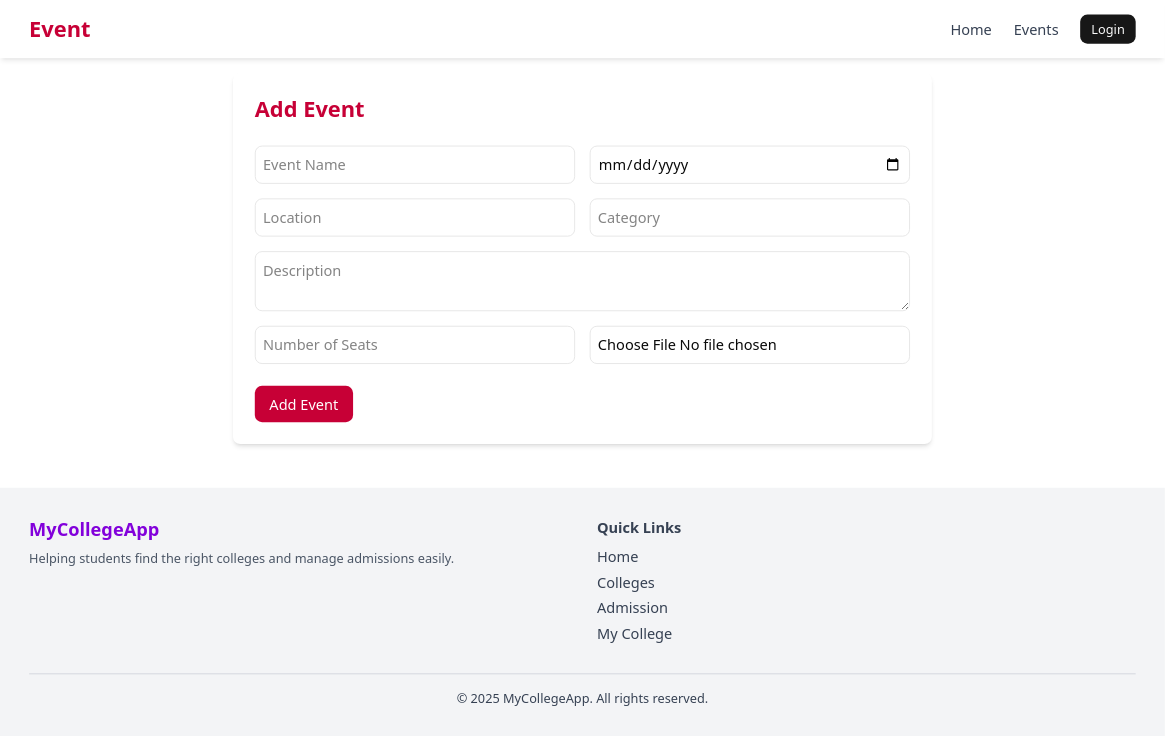
Repository: shshafin/event-client
Page: /add-event
An editor plug-in stored every save of this project. The page is shown before and after the next save, followed by the edit.
The browser window is 1280 px wide. The pictures show the whole page, at 91% of full size.
The page's requests for data from a server got no answer. The project was rebuilt for these pictures with package versions that can differ from the ones it lists, and the page was loaded fresh each time. The framework's server and built-in components were replaced by stand-ins that run in the browser. No one was signed in, and anything a server would have sent is missing. Also part of the build but not shown: next.config.ts, src/components/ui/dropdown-menu.tsx.

Above is the page before, as saved 2025-10-30 01:03:22.

### src/app/layout.tsx
import "@/styles/globals.css";
import { Viewport } from "next";
import clsx from "clsx";

import { fontSans } from "@/config/font";
import { Providers } from "@/lib/provider";

export const viewport: Viewport = {
  themeColor: [
    { media: "(prefers-color-scheme: light)", color: "white" },
    { media: "(prefers-color-scheme: dark)", color: "black" },
  ],
};

export default function RootLayout({
  children,
}: {
  children: React.ReactNode;
}) {
  return (
    <html
      suppressHydrationWarning
      lang="en">
      <head />
      <body
        className={clsx(
          "min-h-screen bg-background font-sans antialiased",
          fontSans.variable
        )}>
        <Providers>{children}</Providers>
      </body>
    </html>
  );
}

### src/app/(withCommonLayout)/layout.tsx
import Footer from "@/components/ui/Footer";
import Navbar from "@/components/ui/Navbar";
import React from "react";

const withCommonLayout = ({ children }: { children: React.ReactNode }) => {
  return (
    <div className="relative flex flex-col h-screen">
      <Navbar />
      <main>{children}</main>
      <Footer />
    </div>
  );
};

export default withCommonLayout;

### src/app/(withCommonLayout)/(admin)/add-event/page.tsx
"use client";

import { useState } from "react";
import { zodResolver } from "@hookform/resolvers/zod";
import * as z from "zod";
import { useAddEvent } from "@/hooks/event.hook";
import FXForm from "@/components/form/FXForm";
import { useFormContext } from "react-hook-form";

// Event validation schema
const eventSchema = z.object({
  name: z.string().min(1, "Event name is required"),
  date: z.string().min(1, "Date is required"),
  location: z.string().min(1, "Location is required"),
  category: z.string().min(1, "Category is required"),
  description: z.string().min(1, "Description is required"),
  numberOfSeats: z.number().min(1, "Number of seats must be at least 1"),
  image: z.any(),
});

type EventFormValues = z.infer<typeof eventSchema>;

// Input fields using useFormContext
const EventFormInputs = () => {
  const {
    register,
    formState: { errors },
  } = useFormContext<EventFormValues>();

  return (
    <div className="grid gap-4 sm:grid-cols-1 md:grid-cols-2">
      <div className="flex flex-col">
        <input
          type="text"
          placeholder="Event Name"
          {...register("name")}
          className="border p-2 rounded-md w-full"
        />
        {errors.name && (
          <p className="text-red-500 text-sm">{errors.name.message}</p>
        )}
      </div>

      <div className="flex flex-col">
        <input
          type="date"
          {...register("date")}
          className="border p-2 rounded-md w-full"
        />
        {errors.date && (
          <p className="text-red-500 text-sm">{errors.date.message}</p>
        )}
      </div>

      <div className="flex flex-col">
        <input
          type="text"
          placeholder="Location"
          {...register("location")}
          className="border p-2 rounded-md w-full"
        />
        {errors.location && (
          <p className="text-red-500 text-sm">{errors.location.message}</p>
        )}
      </div>

      <div className="flex flex-col">
        <input
          type="text"
          placeholder="Category"
          {...register("category")}
          className="border p-2 rounded-md w-full"
        />
        {errors.category && (
          <p className="text-red-500 text-sm">{errors.category.message}</p>
        )}
      </div>

      <div className="flex flex-col md:col-span-2">
        <textarea
          placeholder="Description"
          {...register("description")}
          className="border p-2 rounded-md w-full"
        />
        {errors.description && (
          <p className="text-red-500 text-sm">{errors.description.message}</p>
        )}
      </div>

      <div className="flex flex-col">
        <input
          type="number"
          placeholder="Number of Seats"
          {...register("numberOfSeats", { valueAsNumber: true })}
          className="border p-2 rounded-md w-full"
        />
        {errors.numberOfSeats && (
          <p className="text-red-500 text-sm">{errors.numberOfSeats.message}</p>
        )}
      </div>

      <div className="flex flex-col">
        <input
          type="file"
          accept="image/*"
          {...register("image")}
          className="border p-2 rounded-md w-full"
        />
      </div>
    </div>
  );
};

export default function AddEventPage() {
  const { mutateAsync, isPending } = useAddEvent();
  const [error, setError] = useState<string | null>(null);

  const handleSubmit = async (data: EventFormValues) => {
    try {
      const formData = new FormData();
      formData.append("name", data.name);
      formData.append("date", data.date);
      formData.append("location", data.location);
      formData.append("category", data.category);
      formData.append("description", data.description);
      formData.append("numberOfSeats", data.numberOfSeats.toString());

      if (data.image?.length > 0) {
        formData.append("image", data.image[0]);
      }

      await mutateAsync(formData);
      alert("Event created successfully!");
    } catch (err: any) {
      setError(err.message || "Failed to create event");
    }
  };

  return (
    <section>
      <div className="max-w-3xl mx-auto mt-20 p-4 sm:p-6 bg-white shadow-md rounded-md">
        <h2 className="text-2xl font-bold mb-6 text-rose-700 text-center sm:text-left">
          Add Event
        </h2>

        <FXForm
          onSubmit={handleSubmit}
          resolver={zodResolver(eventSchema)}>
          <EventFormInputs />

          {error && <p className="text-red-500 mt-2">{error}</p>}

          <button
            type="submit"
            disabled={isPending}
            className="mt-6 w-full sm:w-auto bg-rose-700 text-white py-2 px-4 rounded-md hover:bg-rose-800 transition-colors duration-200">
            {isPending ? "Submitting..." : "Add Event"}
          </button>
        </FXForm>
      </div>
    </section>
  );
}

### src/lib/provider/index.tsx
"use client";

import * as React from "react";
import { QueryClient, QueryClientProvider } from "@tanstack/react-query";
import { Toaster } from "sonner";
import UserProvider from "@/context/user.provider";

export interface ProvidersProps {
  children: React.ReactNode;
}

export function Providers({ children }: ProvidersProps) {
  const queryClient = new QueryClient();

  return (
    <QueryClientProvider client={queryClient}>
      <UserProvider>
        <Toaster
          richColors
          position="top-center"
          closeButton
        />
        {children}
      </UserProvider>
    </QueryClientProvider>
  );
}

### src/components/ui/Footer.tsx
"use client";

import Link from "next/link";

export default function Footer() {
  return (
    <footer className="bg-gray-100 dark:bg-gray-900 text-gray-700 dark:text-gray-300 py-8 mt-12">
      <div className="max-w-7xl mx-auto px-4 sm:px-6 lg:px-8">
        <div className="grid grid-cols-1 md:grid-cols-2 gap-8">
          {/* Logo & description */}
          <div>
            <span className="font-bold text-xl text-purple-700">
              MyCollegeApp
            </span>
            <p className="mt-2 text-sm text-gray-600 dark:text-gray-400">
              Helping students find the right colleges and manage admissions
              easily.
            </p>
          </div>

          {/* Quick Links */}
          <div>
            <h3 className="font-semibold mb-2">Quick Links</h3>
            <ul className="space-y-1">
              <li>
                <Link
                  href="/"
                  className="hover:text-purple-700">
                  Home
                </Link>
              </li>
              <li>
                <Link
                  href="/college"
                  className="hover:text-purple-700">
                  Colleges
                </Link>
              </li>
              <li>
                <Link
                  href="/admission"
                  className="hover:text-purple-700">
                  Admission
                </Link>
              </li>
              <li>
                <Link
                  href="/my-college"
                  className="hover:text-purple-700">
                  My College
                </Link>
              </li>
            </ul>
          </div>
        </div>

        <div className="mt-8 border-t border-gray-300 dark:border-gray-700 pt-4 text-center text-sm">
          © {new Date().getFullYear()} MyCollegeApp. All rights reserved.
        </div>
      </div>
    </footer>
  );
}

### src/hooks/event.hook.ts
import {
  addEvent,
  getEventById,
  getEvents,
  searchEventsByName,
} from "@/services/Event-Service";
import { useQuery, useMutation } from "@tanstack/react-query";

// ✅ Get all events
export const useGetEvents = () => {
  return useQuery({
    queryKey: ["GET_EVENTS"],
    queryFn: async () => await getEvents(),
  });
};

// ✅ Get single event by ID
export const useGetEventById = (id: string) => {
  return useQuery({
    queryKey: ["GET_EVENT", id],
    queryFn: async () => await getEventById(id),
    enabled: !!id,
  });
};

// ✅ Search events by name
export const useSearchEvents = (name: string) => {
  return useQuery({
    queryKey: ["SEARCH_EVENTS", name],
    queryFn: async () => await searchEventsByName(name),
    enabled: !!name,
  });
};

// ✅ Add new event (admin only)
export const useAddEvent = () => {
  return useMutation({
    mutationFn: async (formData: FormData) => await addEvent(formData),
  });
};

### src/components/form/FXForm.tsx
"use client";

import { FormProvider, SubmitHandler, useForm } from "react-hook-form";

interface formConfig {
  defaultValues?: Record<string, any>;
  resolver?: any;
}

interface IProps extends formConfig {
  onSubmit: SubmitHandler<any>;
  children: React.ReactNode;
}

const FXForm = ({ children, onSubmit, defaultValues, resolver }: IProps) => {
  const formConfig: formConfig = {};
  if (!!defaultValues) {
    formConfig["defaultValues"] = defaultValues;
  }
  if (!!resolver) {
    formConfig["resolver"] = resolver;
  }
  const methods = useForm(formConfig);
  const submitHandler = methods.handleSubmit;
  return (
    <FormProvider {...methods}>
      <form onSubmit={submitHandler(onSubmit)}>{children}</form>
    </FormProvider>
  );
};

export default FXForm;

### src/context/user.provider.tsx
"use client";

import {
  createContext,
  Dispatch,
  SetStateAction,
  useContext,
  useEffect,
  useState,
} from "react";
import { IUser } from "../types";
import { getCurrentUser } from "../services/AuthService";

interface IUserProviderValues {
  user: IUser | null;
  isLoading: boolean;
  setUser: (user: IUser | null) => void;
  setIsLoading: Dispatch<SetStateAction<boolean>>;
}

const UserContext = createContext<IUserProviderValues | undefined>(undefined);

const UserProvider = ({ children }: { children: React.ReactNode }) => {
  const [user, setUser] = useState<IUser | null>(null);
  const [isLoading, setIsLoading] = useState(true);

  const handleUser = async () => {
    try {
      const user = await getCurrentUser();
      setUser(user);
    } catch (error) {
      console.error("Failed to fetch user:", error);
      setUser(null);
    } finally {
      setIsLoading(false);
    }
  };

  useEffect(() => {
    handleUser();
  }, []);

  return (
    <UserContext.Provider value={{ user, setUser, isLoading, setIsLoading }}>
      {children}
    </UserContext.Provider>
  );
};

export const useUser = () => {
  const context = useContext(UserContext);

  if (context === undefined) {
    throw new Error("useUser must be used within the UserProvider context");
  }

  return context;
};

export default UserProvider;

### src/components/ui/button.tsx
import * as React from "react"
import { Slot } from "@radix-ui/react-slot"
import { cva, type VariantProps } from "class-variance-authority"

import { cn } from "@/lib/utils"

const buttonVariants = cva(
  "inline-flex items-center justify-center gap-2 whitespace-nowrap rounded-md text-sm font-medium transition-all disabled:pointer-events-none disabled:opacity-50 [&_svg]:pointer-events-none [&_svg:not([class*='size-'])]:size-4 shrink-0 [&_svg]:shrink-0 outline-none focus-visible:border-ring focus-visible:ring-ring/50 focus-visible:ring-[3px] aria-invalid:ring-destructive/20 dark:aria-invalid:ring-destructive/40 aria-invalid:border-destructive",
  {
    variants: {
      variant: {
        default: "bg-primary text-primary-foreground hover:bg-primary/90",
        destructive:
          "bg-destructive text-white hover:bg-destructive/90 focus-visible:ring-destructive/20 dark:focus-visible:ring-destructive/40 dark:bg-destructive/60",
        outline:
          "border bg-background shadow-xs hover:bg-accent hover:text-accent-foreground dark:bg-input/30 dark:border-input dark:hover:bg-input/50",
        secondary:
          "bg-secondary text-secondary-foreground hover:bg-secondary/80",
        ghost:
          "hover:bg-accent hover:text-accent-foreground dark:hover:bg-accent/50",
        link: "text-primary underline-offset-4 hover:underline",
      },
      size: {
        default: "h-9 px-4 py-2 has-[>svg]:px-3",
        sm: "h-8 rounded-md gap-1.5 px-3 has-[>svg]:px-2.5",
        lg: "h-10 rounded-md px-6 has-[>svg]:px-4",
        icon: "size-9",
        "icon-sm": "size-8",
        "icon-lg": "size-10",
      },
    },
    defaultVariants: {
      variant: "default",
      size: "default",
    },
  }
)

function Button({
  className,
  variant,
  size,
  asChild = false,
  ...props
}: React.ComponentProps<"button"> &
  VariantProps<typeof buttonVariants> & {
    asChild?: boolean
  }) {
  const Comp = asChild ? Slot : "button"

  return (
    <Comp
      data-slot="button"
      className={cn(buttonVariants({ variant, size, className }))}
      {...props}
    />
  )
}

export { Button, buttonVariants }

### src/services/AuthService/index.ts
"use server";
import { axiosInstance } from "@/lib/AxiosInstance";
import { cookies } from "next/headers";
import { FieldValues } from "react-hook-form";

// ! Register User
export const registerUser = async (userData: FieldValues) => {
  try {
    const { data } = await axiosInstance.post("/users/register", userData);
    return data;
  } catch (error: any) {
    throw new Error(error);
  }
};

// ! Login User
export const loginUser = async (userData: FieldValues) => {
  try {
    const { data } = await axiosInstance.post("/auth/login", userData);
    if (data?.success) {
      (await cookies()).set("access_token", data?.data?.accessToken);
    }
    return data;
  } catch (error: any) {
    throw new Error(error);
  }
};

// ! Logout User
export const logoutUser = async () => {
  (await cookies()).delete("access_token");
};

// ! get user
export const getCurrentUser = async () => {
  const accessToken = (await cookies()).get("access_token")?.value;

  if (!accessToken) return null;

  try {
    const { data } = await axiosInstance.get("/auth/me", {
      headers: {
        Authorization: `Bearer ${accessToken}`,
      },
    });

    return data;
  } catch (err) {
    console.error("Failed to fetch current user:", err);
    return null;
  }
};

### src/services/Event-Service/index.ts
"use server";

import { axiosInstance } from "@/lib/AxiosInstance";
import { getToken } from "../AdmissionService";

// Get all events
export const getEvents = async () => {
  try {
    const { data } = await axiosInstance.get("/events/all");
    return data;
  } catch (error: any) {
    throw new Error(error?.response?.data?.message || "Failed to fetch events");
  }
};

// Get single event by ID
export const getEventById = async (id: string) => {
  try {
    const { data } = await axiosInstance.get(`/events/${id}`);
    return data;
  } catch (error: any) {
    throw new Error(error?.response?.data?.message || "Failed to fetch event");
  }
};

// Add new event (admin only)
export const addEvent = async (payload: FormData) => {
  try {
    const token = await getToken();

    const { data } = await axiosInstance.post("/events/create", payload, {
      headers: {
        Authorization: `Bearer ${token}`,
        "Content-Type": "multipart/form-data",
      },
    });

    return data;
  } catch (error: any) {
    throw new Error(error?.response?.data?.message || "Failed to create event");
  }
};

// Search events by name
export const searchEventsByName = async (name: string) => {
  try {
    const { data } = await axiosInstance.get("/events/search", {
      params: { name },
    });
    return data;
  } catch (error: any) {
    throw new Error(
      error?.response?.data?.message || "Failed to search events"
    );
  }
};

### src/lib/AxiosInstance/index.ts
"use server";

import { envConfig } from "@/config/envConfig";
import axios from "axios";
import { cookies } from "next/headers";

export const axiosInstance = axios.create({
  baseURL: envConfig.base_Api,
});

axiosInstance.interceptors.request.use(
  async (config) => {
    try {
      const cookieStore = await cookies(); //
      const cookie = cookieStore.get("accessToken");
      const accessToken = cookie?.value;

      if (accessToken && config.headers) {
        config.headers.Authorization = `Bearer ${accessToken}`;
      }

      return config;
    } catch (err) {
      console.error("Axios request interceptor error:", err);
      return config;
    }
  },
  (error) => {
    return Promise.reject(error);
  }
);

axiosInstance.interceptors.response.use(
  (response) => response,
  (error) => {
    console.error(
      "Axios response error:",
      error.response?.data || error.message
    );
    return Promise.reject(error);
  }
);

### src/config/envConfig.ts
export const envConfig = {
  base_Api: process.env.NEXT_PUBLIC_BASE_API,
  base_Url: process.env.NEXT_PUBLIC_BASE_URL,
};

Loaded but not shown: src/styles/globals.css (common file); src/config/font.ts (common file); src/lib/utils.ts (common file); src/components/ui/Navbar.tsx (200 lines, source omitted); src/services/AdmissionService/index.ts (116 lines, source omitted)

After the next save:
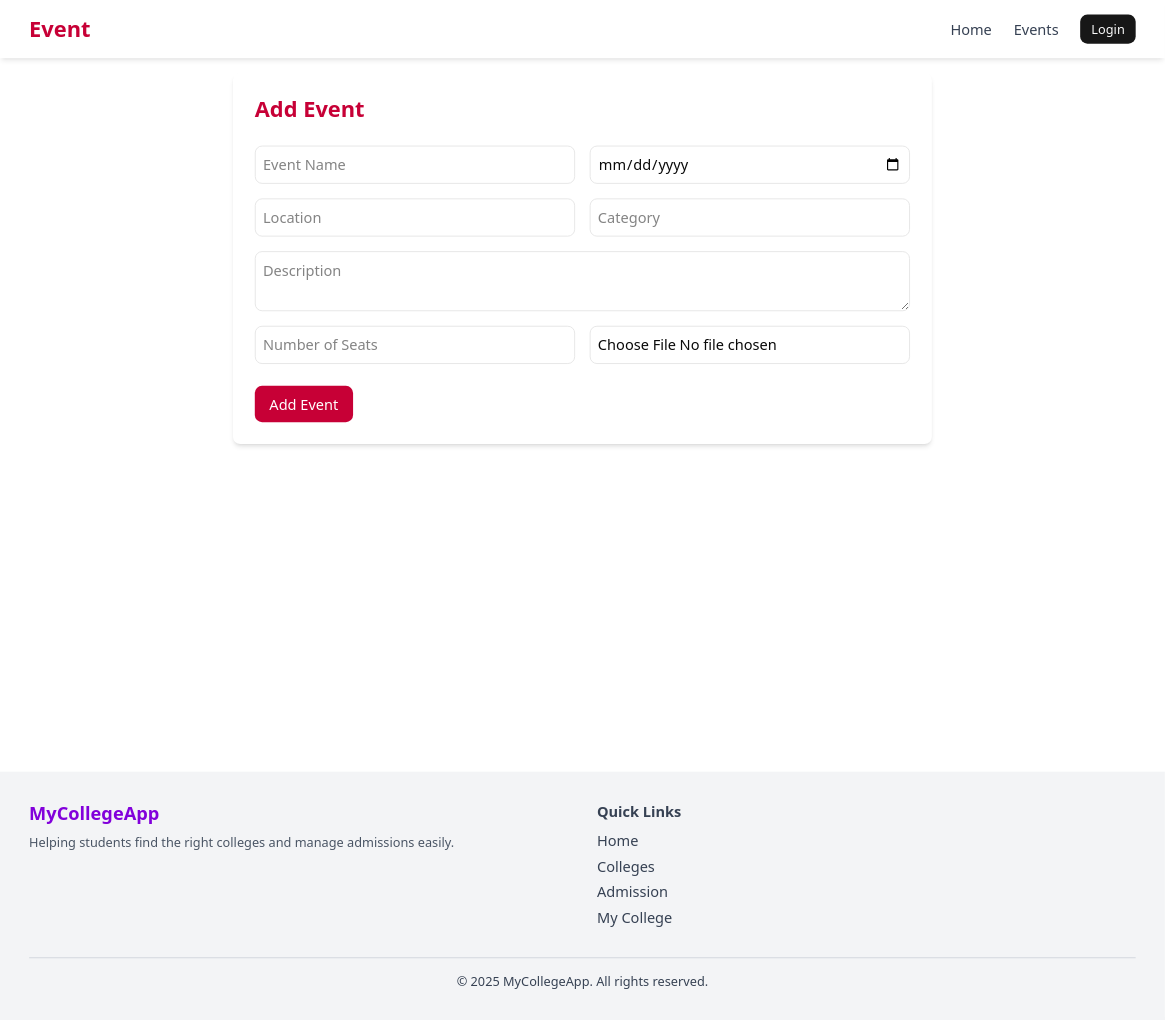
Saved 6 s later.
--- a/src/app/(withCommonLayout)/(admin)/add-event/page.tsx
+++ b/src/app/(withCommonLayout)/(admin)/add-event/page.tsx
@@ -137,7 +137,7 @@
   };
 
   return (
-    <section>
+    <section className="h-screen">
       <div className="max-w-3xl mx-auto mt-20 p-4 sm:p-6 bg-white shadow-md rounded-md">
         <h2 className="text-2xl font-bold mb-6 text-rose-700 text-center sm:text-left">
           Add Event

After the 2 saves that followed:
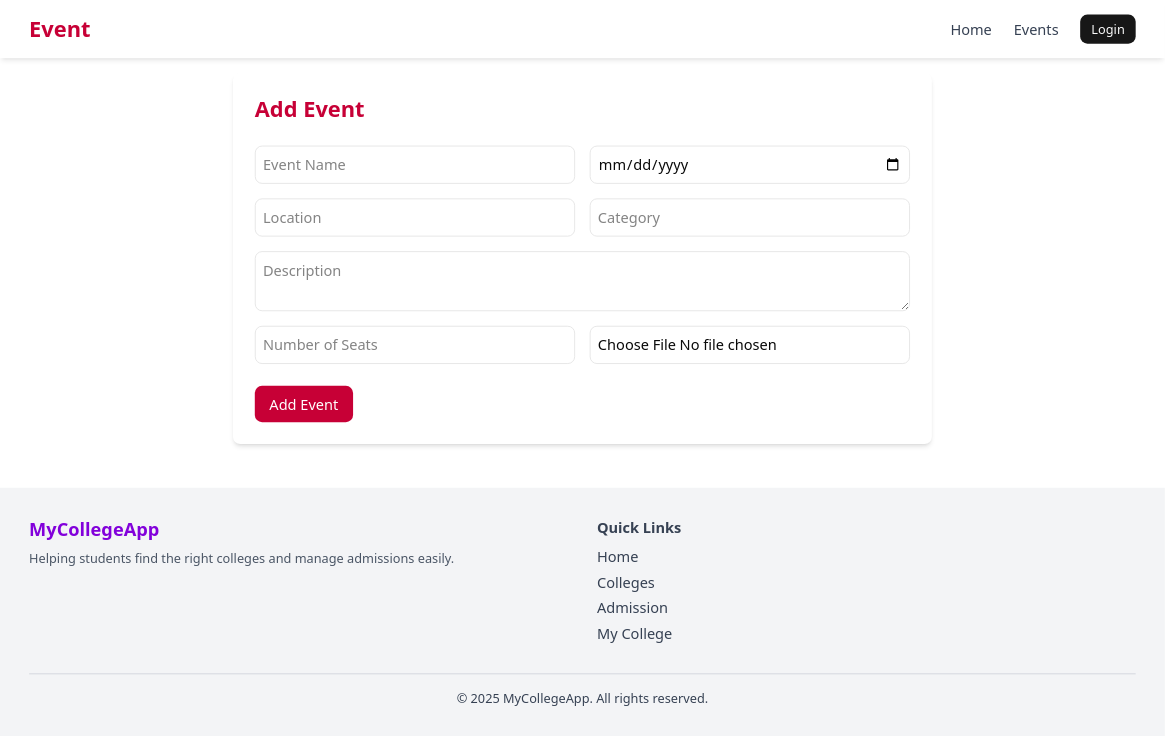
The 2 saves are shown as one change because they came seconds apart.
The last was saved 18 s later.
--- a/src/app/(withCommonLayout)/(admin)/add-event/page.tsx
+++ b/src/app/(withCommonLayout)/(admin)/add-event/page.tsx
@@ -137,7 +137,7 @@
   };
 
   return (
-    <section className="h-screen">
+    <section className="h-[]">
       <div className="max-w-3xl mx-auto mt-20 p-4 sm:p-6 bg-white shadow-md rounded-md">
         <h2 className="text-2xl font-bold mb-6 text-rose-700 text-center sm:text-left">
           Add Event
